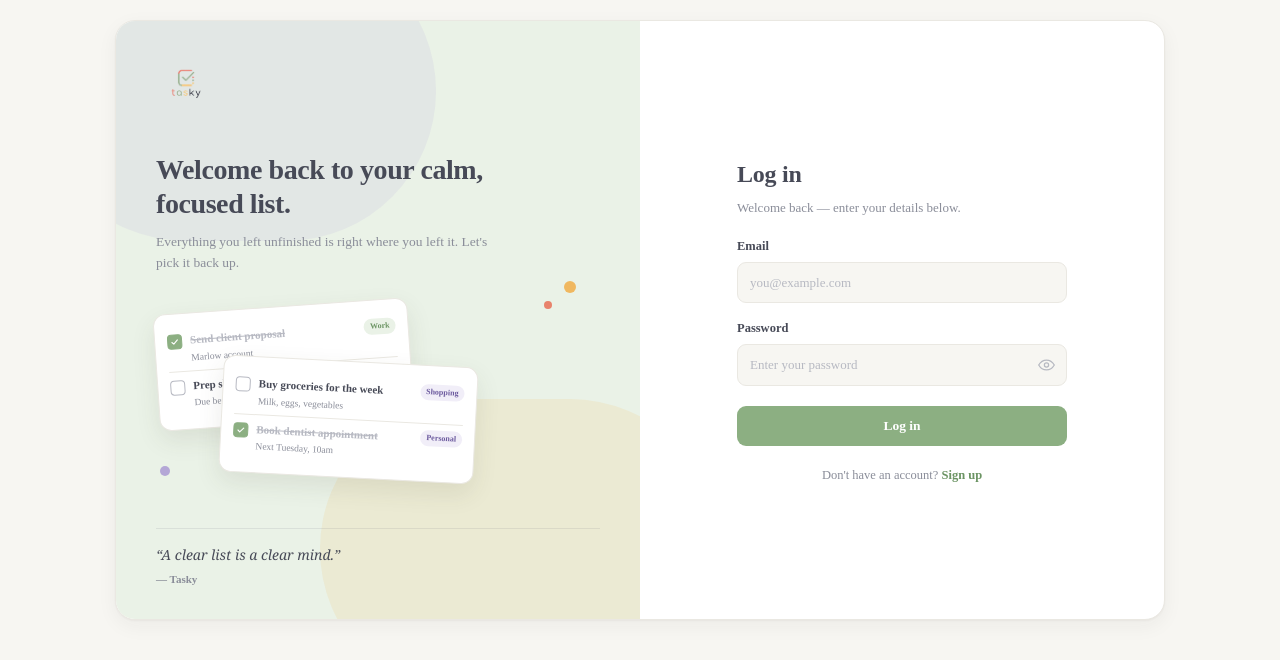
Repository: Anfel-bth/Tasky_
Page: /login (app in task-manager-frontend/)
An editor plug-in stored every save of this project. The page is shown before and after the next save, followed by the edit.
The browser window is 1280 px wide. The pictures show the whole page.
The project was rebuilt for these pictures with package versions that can differ from the ones it lists, and the page was loaded fresh each time. Also part of the build but not shown: task-manager-frontend/vite.config.js, task-manager-frontend/src/Components/Landing.jsx, task-manager-frontend/src/Components/dashboard.jsx, task-manager-frontend/src/Components/register.jsx.

Above is the page before, as saved 2026-09-02 12:07:13.

After the next save:
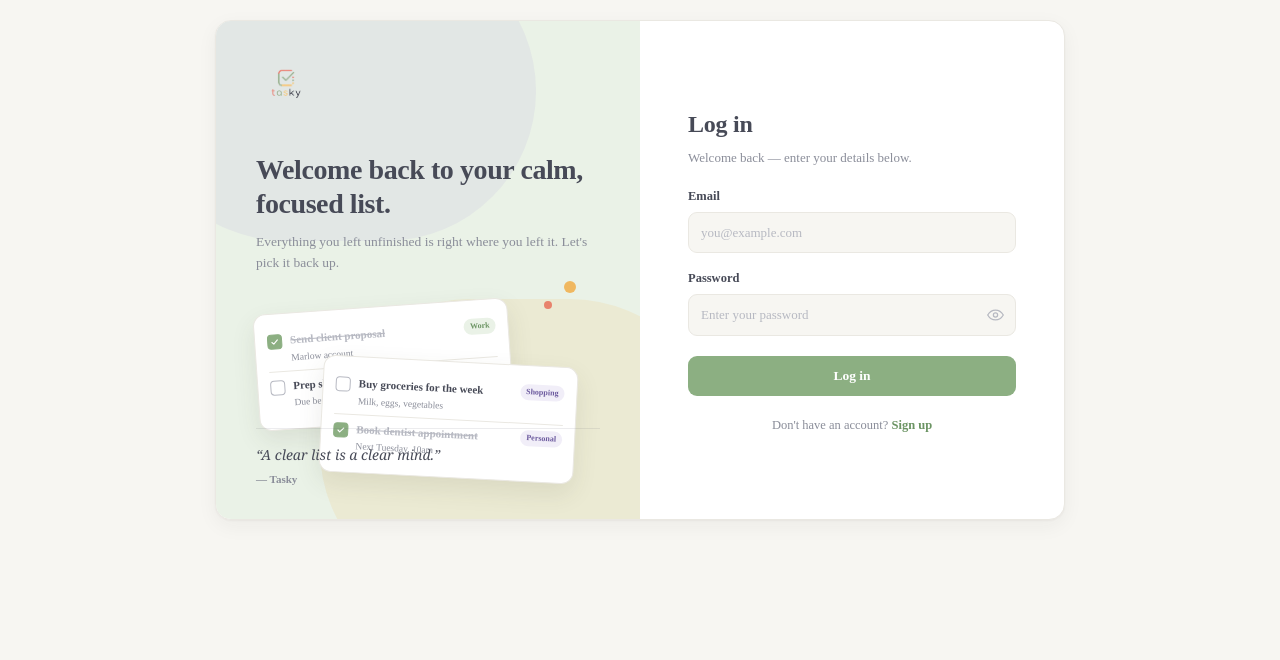
Saved 76 s later.
--- a/task-manager-frontend/src/Components/login.jsx
+++ b/task-manager-frontend/src/Components/login.jsx
@@ -52,7 +52,7 @@ const Login = () => {
       {/* =========================
           MAIN FRAME
       ========================= */}
-      <div className="mx-auto grid min-h-[600px] w-full max-w-[1050px] overflow-hidden rounded-[20px] border border-[#EAE8E2] bg-white shadow-[0_1px_2px_rgba(40,38,30,0.04),0_6px_20px_rgba(40,38,30,0.05)] lg:grid-cols-2">
+      <div className="mx-auto grid min-h-[500px] w-full max-w-[850px] overflow-hidden rounded-[16px] border border-[#EAE8E2] bg-white shadow-[0_1px_2px_rgba(40,38,30,0.04),0_6px_20px_rgba(40,38,30,0.05)] lg:grid-cols-2">
         {/* =========================
             LEFT BRAND PANEL
         ========================= */}
